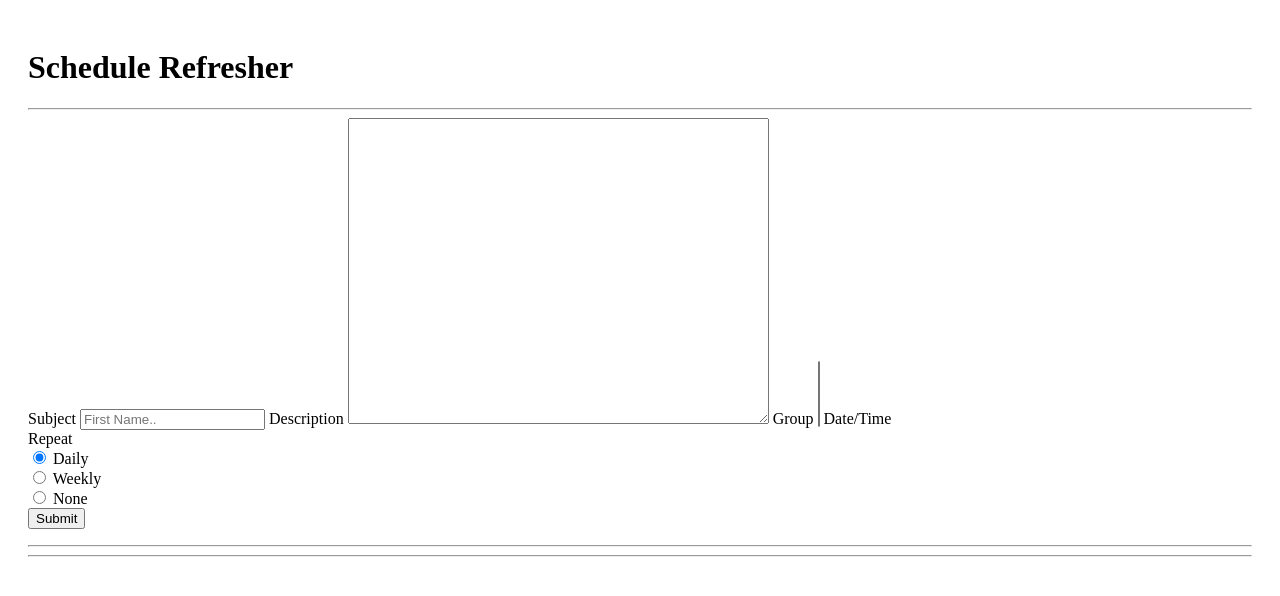
Repository: praveenshetg/GOLDEN-ROD
Page: Duolingo/papi-front/WebContent/view/scheduler.html
The author's editor kept a copy of each file at every save. The page is drawn from the files as they stood at one save, then again after the next save.
The browser window is 1280 px wide. The pictures show the whole page.

Above is the page before, as saved 2018-05-08 10:37:13.
Console error: ReferenceError: $ is not defined

After the next save:
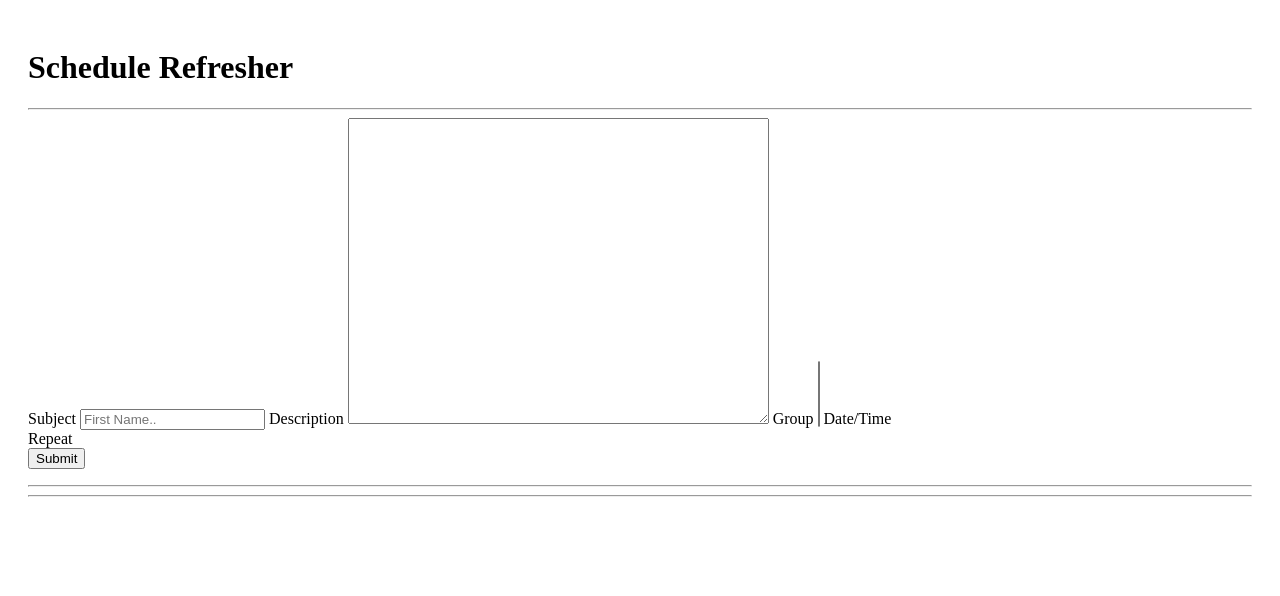
Saved 6 min 27 s later.
--- a/Duolingo/papi-front/WebContent/view/scheduler.html
+++ b/Duolingo/papi-front/WebContent/view/scheduler.html
@@ -41,7 +41,7 @@ body{
 			<div id="sc-calender"></div>
 	<label for="fname">Repeat</label>
 	<br>
-	<div class="radio-grp">
+	<div class="radio-grp" style="display:none;">
 		<div class="radio">
 			<input type="radio" name="gender" value="male" checked> Daily
 		</div>
